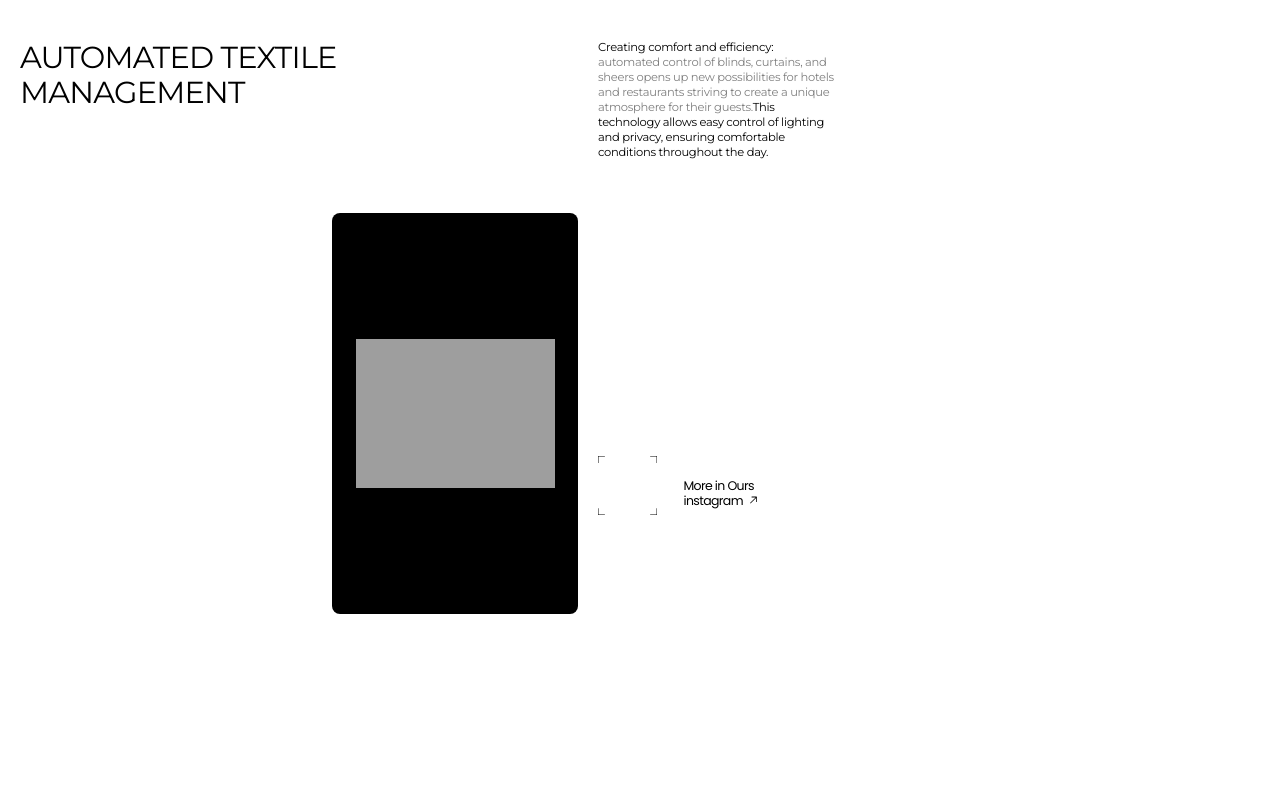
Repository: nikhilsinghrathore1/Shery_02
Page: /
These files come from the project's save history. The page is drawn as it stood at one moment and after the next save; the edit follows.
The browser window is 1280 px wide. The pictures show the part of the page from y = 5688 to 6500 px (the page is 8896 px tall).
Pictures or frames that could not be fetched are drawn as grey boxes. The project was rebuilt for these pictures with package versions that can differ from the ones it lists, and the page was loaded fresh each time. Also part of the build but not shown: vite.config.js.

Above is the page before, as saved 2024-07-20 11:48:24.

### src/App.jsx
import { useState } from 'react'
import reactLogo from './assets/react.svg'
import viteLogo from '/vite.svg'
import './App.css'
import Landing from './pages/Landing'

function App() {
  const [count, setCount] = useState(0)

  return (
    <>
      <Landing/>
    </>
  )
}

export default App

### src/App.css
@font-face {
  font-family: font1;
  src: url("../public/6624dc4c3f39ffabcd0dc162_Montserrat-VariableFont_wght.ttf");
}
@font-face {
  font-family: font2;
  src: url("../public/CircularXXWeb-Book\ \(1\).ttf");
}
@font-face {
  font-family: font3;
  src: url("../public/JTUQjIg1_i6t8kCHKm459WxRyS7m0dR9pA.ttf");
}
@font-face {
  font-family: font4;
  src: url("../public/JTUSjIg1_i6t8kCHKm459WlhyyTh89Y.ttf");
}
@font-face {
  font-family: font5;
  src: url("../public/pxiEyp8kv8JHgFVrJJfecnFHGPc.ttf");
}

.f1{
  font-family: font1;
}
.f2{
  font-family: font2;
}
.f3{
  font-family: font3;
}
.f4{
  font-family: font4;
}
.f5{
  font-family: font5;
}

### src/pages/Landing.jsx
import React from 'react'
import MoreInsta from '../components/MoreInsta'
import Nav from '../components/Nav'
import SingleHero from '../components/SingleHero'
import VideoCont from '../components/VideoCont'
import LineText from '../components/LineText';
import IncText from '../components/IncText';
import ThirdSection from '../components/ThirdSection';
import MovingImage from '../components/MovingImage'
import Footer from '../components/Footer'
import { GoArrowLeft } from "react-icons/go";
import { GoArrowRight } from "react-icons/go";
import ScannerSection from '../components/ScannerSection'
import ScannerComp from '../components/ScannerComp'
import XlThird from '../components/XlThird'
// document that tell how a software is supposed to perform need of software engneering modularity-dividing it into chunks for testing and developing independently integrating the core changes continously and deploying them into production enviroment design pattern for solving matrix problem in software design various templates are provided software as a product to deliver computing potential accross network of hardware vehical for delivering the product encapsulation , abstraction adaptability software alows different system contraints by making changes in the software for customer satisfaction rapid delivary differenece btw/ program - product program is a set of instruction in order to achieve a specific taskk product - set of programs software products is defined as set of programs with proper documentation and license program is smaller is size because it is one of the stage involved in software development software product folows a lifecycle which involves feasibility studying so it is larger in size program can be created by a single user products are developed by a team of many people progam lacks documentation , product is well documented

let Dtext=[["curtains","blackout curtains", "sheer","anti-vandal sheers" ,"no-noice curtain rods" , "decorative pillows","table runner" , "table cloth","napkins"],["curtains","sheers","tablecloths" , "napkins" ,"wooden blinds" ,"sunshades"]]

const Landing = () => {
  return (
    <div className='w-full overflow-hidden'>
               {/* this is the first image gallery part */}
               <div className='w-full h-[400vh] relative '>
               <Nav/>
               <SingleHero img={"https://cdn.prod.website-files.com/6613fb0aff6a7761bf9a817d/66267f01781250e3c4f8ed19_hero-01-p-1080.webp"} text={"hotel"}/>
               <SingleHero img={"https://cdn.prod.website-files.com/6613fb0aff6a7761bf9a817d/66267f00e43626f944ce0076_hero-02-p-1080.webp"} text={"restaurant"}/>
               <SingleHero img={"https://cdn.prod.website-files.com/6613fb0aff6a7761bf9a817d/66267f011d36d94902bbbcd3_hero-03-p-1080.webp"} text={"catering"}/>
               <SingleHero img={"https://cdn.prod.website-files.com/6613fb0aff6a7761bf9a817d/66267f0015a49ebd0cb05e50_hero-04-p-1080.webp"} text={"+automative"}/>
               </div>

               {/* this is the second text wala part  */}

               <div className='w-full  h-[120vh] sm:h-[99vh] xl:h-[105vh] px-4   pt-32 sm:pt-24 xl:pt-[230px] leading-[42px]'>
                              {/* this is the variable weight text */}
                              <div className='w-full xl:h-[30%] h-fit f4 text-[32px] xl:text-[60px] xl:font-light xl:leading-[70px] font-semibold text-black uppercase '>
                                             <p className='xl:pl-3'><span className='pl-44 xl:pl-[330px]'>full</span> responsibility from project to implementation.</p>
                              </div>



                              <div className='f4 text-[13px] xl:hidden sm:text-[14px] md:text-[14.5px] font-semibold mt-10 leading-none'>
                                             <p>More about us</p>
                                             <p className='mt-3 leading-[16px] sm:leading-[18px] sm:text-[13px] md:text-[14px] md:leading-[20px] font-semibold'>The textile production Velours HoReCa was founded in Lviv in 2005. <span className='opacity-60'>Our activity is focused on professionally outfitting the interiors of hotels, restaurants, cafes, and bars with textile products.</span></p>
                              </div>

                              <div className='w-full xl:hidden flex h-[50vh]  mt-12  '>
                                             <div className='w-1/2 h-full flex justify-end pt-3'>
                                                            <VideoCont/>
                                             </div>
                                             <div className='w-1/2 h-full flex flex-col justify-between pl-3 pb-16 sm:pb-28 md:pb-[120px] f5 font-light'>

                                                            <div className='w-full leading-[17px] md:leading-[18px]  text-[13px] md:text-[13.5px]'>
                                                                           <p>With extensive experience in the Horeca sector - 18 years </p>
                                                                           <p className='opacity-70'>[as of 2024]</p>

                                                                           <div className='border-y-[1px] border-black/20 py-1 mt-3'>
                                                                                          <p>We offer both warranty and post-warranty servicing.</p>
                                                                           </div>
                                                            </div>

                                                            <div className='f4 pl-2'>
                                                                           <MoreInsta/>
                                                            </div>



                                             </div>
                              </div>

                             <ScannerSection/>

               </div>

          <ThirdSection/>


          {/* this is the xl visible third section  */}

         <XlThird text={"IDEAL TEXTILES FOR A COZY HOTEL AMBIANCE"} img={"https://cdn.prod.website-files.com/6613fb0aff6a7761bf9a817d/662a45b9e8c97f8a31a8f96a_slider-01-05-p-500.webp"}/>

                {/* this is the 3d text area */}
                <div className='w-full xl:w-[100%]  pt-8  sm:pt-5 md:pt-0 flex h-[100vh] sm:h-[83vh] md:h-[77vh] xl:h-[120vh] xl:pl-4'>
               <div className='w-[80%] xl:w-[73%]    uppercase leading-none f1 text-[34px] sm:text-[35.5px] md:text-[36.5px] xl:text-[4.5rem]  pl-3 opacity-90 tracking  h-full '>

                              {Dtext[0].map((e,i)=>(<div className='rot w-full'> <h1 key={i} className='mt-[14px] rote md:mt-[15px] xl:mt-[9px]'>{e}</h1></div>))}

               </div>

              <div className='hidden xl:block w-[27%]  h-full '>
                  <p className='text-[11.3px] f1 w-[69.5%] leading-[14px]  tracking-tight'>Create an atmosphere of comfort and coziness <span className='opacity-50'>in your hotel with our diverse range of high-quality textiles.</span> Our assortment includes curtains, sheers, decorative pillows, bed runners, and much more to meet all your room décor needs.</p>
              </div>
         </div>

            {/* this is the automative section */}
            {/*  this is a very big section literaly gand phat gayi or maybe mujhe neend aarahi thi isliye but almost hogaya*/}
            <div className='w-full xl:hidden h-[200vh] sm:h-[160vh] md:h-[150vh] px-4 '>
              {/* this is the video section */}
                      <div className='w-full h-[34vh] overflow-hidden rounded-lg'>
                            <video autoPlay muted loop className='w-full h-full object-cover' src="https://cdn.prod.website-files.com/6613fb0aff6a7761bf9a817d%2F6649e6d401492fd39ce57892_IMG_1559-transcode.webm"></video>
                      </div>
              {/* this is the main text area */}
                      <div className='w-[80%] f1 uppercase text-[28px] sm:text-[30px] md:text-[32px] leading-[31px] sm:leading-[33px] md:leading-[35px] mt-5'>
                          <h1>automated textile management</h1>
                      </div>

              {/* this is the paragraph area */}
                      <div>
                          <p className='leading-[16px]  mt-8 text-[12px] sm:text-[13px] md:text-[14px] sm:leading-[17px] md:leading-[18px] f5'>Creating comfort and efficiency: <span className='opacity-60'>automated control of blinds, curtains, and sheers opens up new possibilities for hotels and restaurants striving to create a unique atmosphere for their guests. </span> This technology allows easy control of lighting and privacy, ensuring comfortable conditions throughout the day.</p>
                          <p className='leading-[16px]  mt-6 text-[12px] sm:text-[13px] md:text-[14px] sm:leading-[17px] md:leading-[18px] f5'><span className='opacity-60'>Programming for efficiency: automated control allows</span> scheduling the opening and closing of textile products according to sleep schedules. <span className='opacity-60'>This ensures optimal energy usage and saves time and effort for staff, allowing them to focus on providing high-quality service to their guests.</span></p>
                      </div>

                      <div className='w-full h-[63vh] relative'>
                        {/* this is the black bg images of remote kinda thingy could be viberator if you have imagination or need  */}
                          <div className='w-[35%] absolute flex items-center justify-center top-10 right-8 sm:right-6 sm:top-8 h-[45%] bg-black rounded-lg'>
                            <img className='w-[90%] h-[90%] object-contain' src="https://cdn.prod.website-files.com/6613fb0aff6a7761bf9a817d/662b5a9bf1e1110165fff749_pult.webp" alt="not showing" />
                          </div>

                          {/* this is the video cont section  */}
                          <div className='w-[52%] h-[85%] absolute top-[215px] left-0'>
                              <VideoCont/>
                          </div>

                          <div className='absolute -bottom-20 sm:-bottom-4 md:-bottom-0 right-[60px] '>
                          <MoreInsta/>
                          </div>
                      </div>
                          <div className='mt-24 md:mt-20  h-[50vh] w-full pt-8 sm:pt-0 '>
                                   <LineText text={"Lighting control through blinds"}/>
                                   <LineText text={"Scheduling the opening/closing of curtains"}/>
                                   <LineText text={"Programmed opening of sheers for privacy"}/>
                                   <LineText text={"Data collection on energy consumption"}/>
                                   <LineText text={"Integration with smart home systems"}/>
                          </div>
            </div>

            {/* this is the xl visible automative section */}

            <div className='w-full h-[200vh] hidden xl:block px-5'>
                                {/* the image div */}
                                <div className='w-full h-[75vh] rounded-lg bg-black overflow-hidden relative'>
                                  <video className='w-full h-full object-cover' src="https://cdn.prod.website-files.com/6613fb0aff6a7761bf9a817d%2F6649e6d401492fd39ce57892_IMG_1559-transcode.webm"></video>
                                    <div className='w-[20%] h-[69%] p-[2px] bg-white rounded-lg  absolute top-20 right-10'>
                                      <div className='w-full h-[83%] rounded-lg'></div>
                                      <div className='w-full h-[17%] flex justify-between  gap-2 items-center'>
                                        {/* the left arrow container */}
                                        <div className='relative w-[20%] flex justify-center'>
                                        <svg xmlns="http://www.w3.org/2000/svg" width="70%" height="70%" viewBox="0 0 40 40" fill="none">  <path fill-rule="evenodd" clip-rule="evenodd" d="M31.9998 40H39H40V39V32.0001H39V39H31.9998V40ZM39 8.00008H40V1V0H39H31.9998V1H39V8.00008ZM7.99983 40V39H1V32.0001H0V39V40H1H7.99983ZM0 8.00008H1V1H7.99983L7.99983 0H1H0V1V8.00008Z" fill="black"></path></svg>
                                          <div className='absolute top-[10px] left-[16px] text-[16px]'>
                                          <GoArrowLeft/>
                                        </div>
                                        </div>
                                          {/* the main text section */}

                                        <div className='w-[60%] h-full flex items-center justify-center'>
                                                <img className='w-full h-full object-contain' src="https://cdn.prod.website-files.com/6613fb0aff6a7761bf9a817d/663bd2dc28d47d07239c35c2_velours-horeca.svg" alt="not showing" />
                                        </div>

                                        {/* this is the right arrow section */}

                                        <div className='relative w-[20%] flex justify-center'>
                                        <svg xmlns="http://www.w3.org/2000/svg" width="70%" height="70%" viewBox="0 0 40 40" fill="none">  <path fill-rule="evenodd" clip-rule="evenodd" d="M31.9998 40H39H40V39V32.0001H39V39H31.9998V40ZM39 8.00008H40V1V0H39H31.9998V1H39V8.00008ZM7.99983 40V39H1V32.0001H0V39V40H1H7.99983ZM0 8.00008H1V1H7.99983L7.99983 0H1H0V1V8.00008Z" fill="black"></path></svg>
                                        <div className='absolute top-[10px] left-[16px] text-[16px]'>
                                          <GoArrowRight/>
                                        </div>
                                        </div>

                                      </div>


                                    </div>
                                </div>
                                {/* below image section */}
                                <div className='w-full h-[120vh] mt-10 flex'>
                                    {/* first section of the automated texttile section   */}
                                  <div className='w-[45%] h-full'>
                                    {/* this is the text section  */}
                                    <div className='w-full leading-[2.2rem] h-[20%] flex uppercase text-[1.9rem] f1 tracking-tight items-start'>
                                      <p className='w-[60%]'>automated textile management</p>
                                    </div>
                                      {/* the below image */}
                                          <div className='w-full h-[80%] flex justify-end'>
                                            <div className='w-[44%] flex items-center justify-center h-[58%] rounded-lg bg-black'>
                                              <img className='w-[81%] h-[81%] object-contain' src="https://cdn.prod.website-files.com/6613fb0aff6a7761bf9a817d/662b5a9bf1e1110165fff749_pult.webp" alt="not showing" />
                                            </div>
                                          </div>
                                  </div>
                                  {/* this is the second section  */}

                                  <div className='w-[24%] h-full    pl-5'>
                                              <div className='w-full h-full flex flex-col justify-between  '>
                                                <p className='text-[11.5px] w-[86%] tracking-tight f1 leading-[15px]'>Creating comfort and efficiency: <span className='opacity-50'>automated control of blinds, curtains, and sheers opens up new possibilities for hotels and restaurants striving to create a unique atmosphere for their guests.</span>This technology allows easy control of lighting and privacy, ensuring comfortable conditions throughout the day.</p>
                                                <div className='w-[100%] h-[30%]' >
                                                <div className='w-[56%] mt-2 h-[50%] flex items-end '>
               <div className='w-[55%] pr-4 h-full pt-5 flex items-center  '>

               <svg xmlns="http://www.w3.org/2000/svg" width="85%" height="85%" viewBox="0 0 100 100" fill="none">
<path fill-rule="evenodd" clip-rule="evenodd" d="M88.3333 100H99.1667H100V99.1667V88.3333H99.1667V99.1667H88.3333V100ZM99.1667 11.6667H100V0.833333V0H99.1667H88.3333V0.833333H99.1667V11.6667ZM11.6667 100V99.1667H0.833333V88.3333H0L0 99.1667V100H0.833333H11.6667ZM0 11.6667H0.833333V0.833333H11.6667V0H0.833333H0V0.833333L0 11.6667Z" fill="black"></path>
</svg>
               </div>

               <div className='flex items-end pb-8  w-[45%]'>
                 <MoreInsta/>
               </div>
           </div>
                                                </div>
                                                <div></div>
                                              </div>
                                  </div>
                                </div>
            </div>


{/*  */}
            <IncText/>

            <ThirdSection/>

            <div className='w-full pt-8 sm:pt-0 flex h-[60vh] sm:h-[48vh] md:h-[45vh]'>
               <div className='w-[80%]  uppercase leading-none f1 text-[34px] sm:text-[35.5px] md:text-[36.5px] pl-3 opacity-90 tracking  h-full '>

                              {Dtext[1].map((e,i)=>( <h1 key={i} className='mt-[14px] md:mt-[15px]'>{e}</h1>))}

               </div>
         </div>


           <MovingImage/>

           <Footer/>






    </div>
  )
}

export default Landing

### src/components/MoreInsta.jsx
import React from 'react'
import { GoArrowUpRight } from "react-icons/go";

const MoreInsta = () => {
  return (
    <div className=' leading-[16px] md:leading-[18px]  tracking-tighter  text-[13px] md:text-[14.8px] xl:text-[12.5px] xl:leading-[15px] text-black f5 font-light'>
               <p>More in Ours</p>
               <p className='flex items-center gap-1'>instagram <span><GoArrowUpRight/></span></p>
    </div>
  )
}

export default MoreInsta

### src/components/SingleHero.jsx
import React from 'react'

const SingleHero = ({img , text}) => {
  return (
    <div className='w-full h-[100vh] relative'>
               <div className='absolute bg-black/10 xl:bg-transparent flex items-center justify-center w-full xl:pb-[56px]  h-full top-0'>
                              <h1 className='uppercase text-[44px] md:text-[50px] xl:text-[56px] f4 font-bold tracking-wider text-white'>{text}</h1>
               </div>
               <img className='w-full h-full object-cover' src={img} alt="not showing" />
    </div>
  )
}

export default SingleHero

### src/components/VideoCont.jsx
import React from 'react'

const VideoCont = () => {
  return (
    <div className='w-[98%] h-[80%] sm:h-[73%] sm:w-full bg-black rounded-lg pt-[3px] px-[2px] '>
               <div className='w-full h-[87%]  overflow-hidden rounded-lg'>
                              <video autoPlay muted loop className='w-full h-full object-cover' src="https://s3.amazonaws.com/webflow-prod-assets/6613fb0aff6a7761bf9a817d/663bcfe77765a0f1702b036f_insta-3.mp4"></video>
               </div>
               <div className='w-full text-white text-[12px] sm:text-[13.5px] tracking-tight f1 h-[13%] pt-1 flex items-center pb-[2px] gap-2'>
                              <img className='w-[24px] h-[24px] sm:w-[26px] sm:h-[26px] object-cover' src="https://cdn.prod.website-files.com/6613fb0aff6a7761bf9a817d/663bcbd3012e5e6821be914c_logo-horeca.png" alt="not showing" />
                              <p>Velorus_horeca</p>
               </div>
    </div>
  )
}

export default VideoCont

### src/components/LineText.jsx
import React from 'react'

const LineText = ({text}) => {
  return (
               <div className='p-[7px] xl:py-[10px] xl:leading-[15px] xl:text-[12px] xl:w-[80%] border-dashed border-b-[1px] text-[13px] sm:text-[13.8px] md:text-[14.5px] f1 border-black/30'>
               <p>{text}</p>
               </div>
  )
}

export default LineText

### src/components/IncText.jsx
import React, { useState } from 'react'

const IncText = () => {
               const [num, setnum] = useState(0)
  return (
    <div className='w-full px-1  pt-28 flex h-[80vh] sm:h-[100vh]'>
               <div className='w-[60%] h-full flex items-center justify-center text-[21rem] font-light f1'>{num}</div>

               <div className=' w-[40%] leading-[18px] f1 pt-28 flex flex-col items-start justify-center '>
                              <p className='text-[16px] md:text-[17px]' >Warranty service</p>
                              <p className='text-[12.5px] md:text-[13.5px]' >from 3 years to 6 years</p>
               </div>

    </div>
  )
}

export default IncText

### src/components/ScannerComp.jsx
import React from 'react'
import MoreInsta from './MoreInsta'

const ScannerComp = () => {
  return (
    // this is the full scanner section
               <div className='w-[56%] mt-2 h-[50%] flex items-end '>
               <div className='w-[55%] pr-4 h-full pt-5 '>

               <svg xmlns="http://www.w3.org/2000/svg" width="85%" height="85%" viewBox="0 0 100 100" fill="none">
<path fill-rule="evenodd" clip-rule="evenodd" d="M88.3333 100H99.1667H100V99.1667V88.3333H99.1667V99.1667H88.3333V100ZM99.1667 11.6667H100V0.833333V0H99.1667H88.3333V0.833333H99.1667V11.6667ZM11.6667 100V99.1667H0.833333V88.3333H0L0 99.1667V100H0.833333H11.6667ZM0 11.6667H0.833333V0.833333H11.6667V0H0.833333H0V0.833333L0 11.6667Z" fill="black"></path>
</svg>
               </div>

               <div className='h-full flex items-end pb-4  w-[45%]'>
                 <MoreInsta/>
               </div>
           </div>
  )
}

export default ScannerComp

Loaded but not shown: index.html (common file); src/main.jsx (common file); src/index.css (common file); tailwind.config.js (26 lines, source omitted); src/components/XlThird.jsx (61 lines, source omitted); src/components/ThirdSection.jsx (39 lines, source omitted); src/components/Nav.jsx (54 lines, source omitted); src/components/ScannerSection.jsx (40 lines, source omitted); src/components/MovingImage.jsx (33 lines, source omitted); src/components/Footer.jsx (31 lines, source omitted)

After the next save:
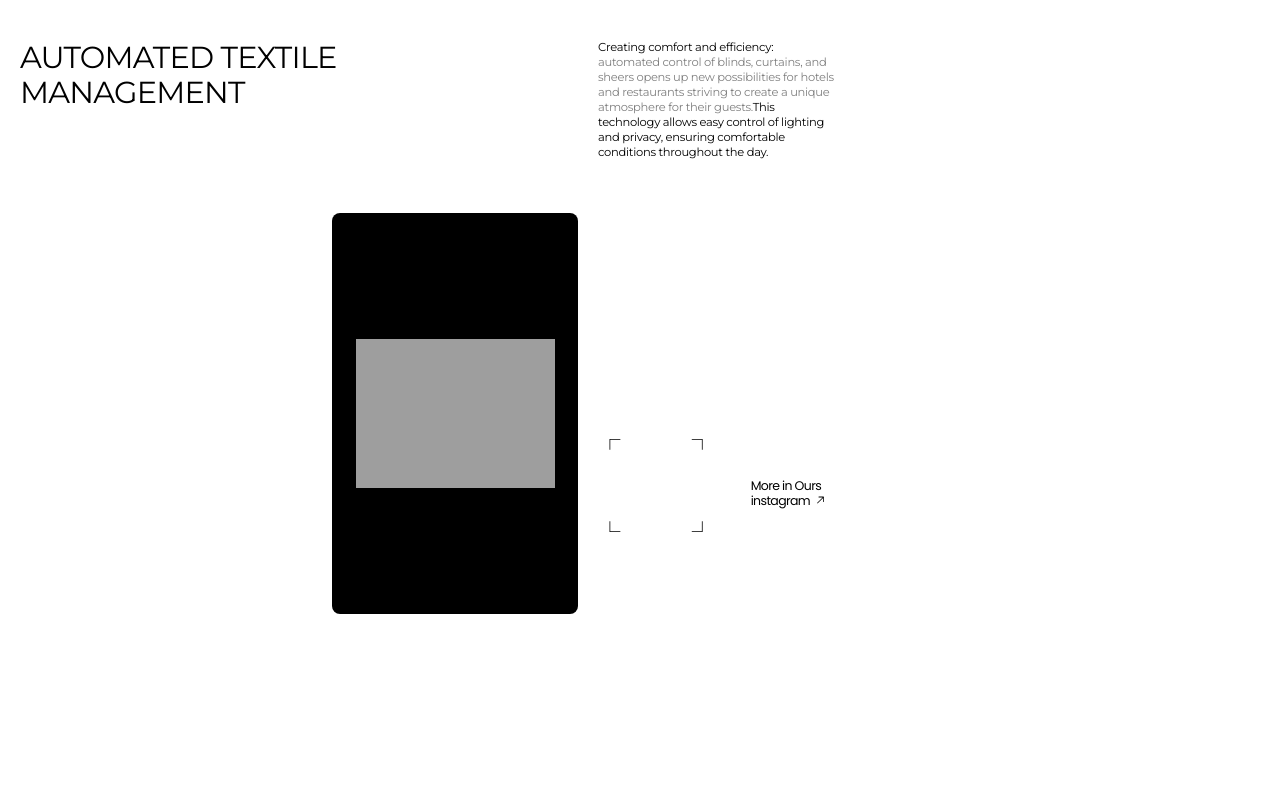
Saved 3 min 30 s later.
--- a/src/pages/Landing.jsx
+++ b/src/pages/Landing.jsx
@@ -191,7 +191,7 @@ const Landing = () => {
                                               <div className='w-full h-full flex flex-col justify-between  '>
                                                 <p className='text-[11.5px] w-[86%] tracking-tight f1 leading-[15px]'>Creating comfort and efficiency: <span className='opacity-50'>automated control of blinds, curtains, and sheers opens up new possibilities for hotels and restaurants striving to create a unique atmosphere for their guests.</span>This technology allows easy control of lighting and privacy, ensuring comfortable conditions throughout the day.</p>
                                                 <div className='w-[100%] h-[30%]' >
-                                                <div className='w-[56%] mt-2 h-[50%] flex items-end '>
+                                                <div className='w-[100%] mt-2 h-[50%] flex items-end '>
                <div className='w-[55%] pr-4 h-full pt-5 flex items-center  '>
 
                <svg xmlns="http://www.w3.org/2000/svg" width="85%" height="85%" viewBox="0 0 100 100" fill="none">
